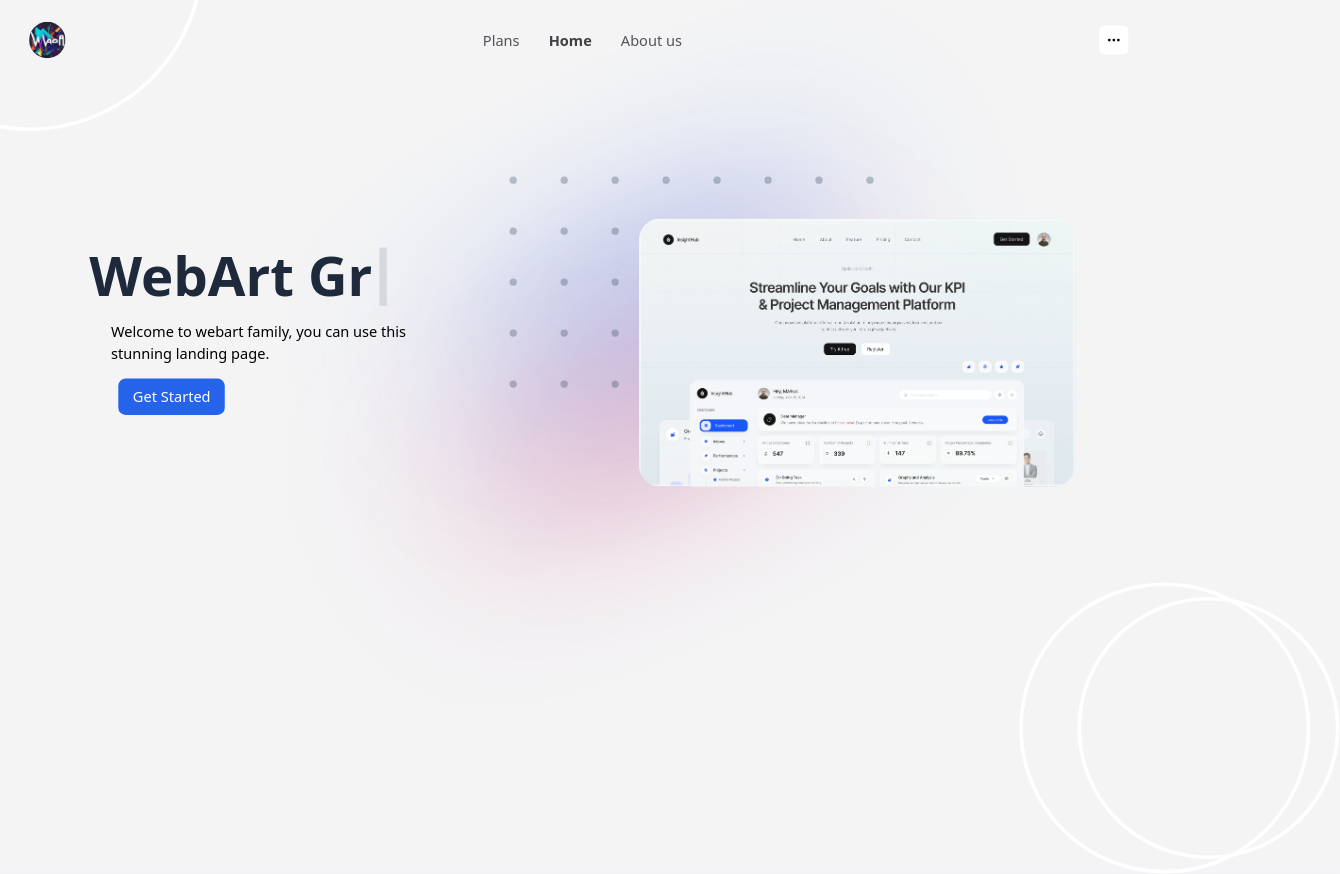
Repository: 30namp/youtube-web-art-code
Page: stunning landing page 1/index.html
The author's editor kept a copy of each file at every save. The page is drawn from the files as they stood at one save, then again after the next save.
The browser window is 1280 px wide. The page is 1472 px wide, so the pictures cover 1472 px, including what lies to the right of the window. The pictures show the whole page, at 91% of full size.

Above is the page before, as saved 2024-09-26 21:54:55.

After the next save:
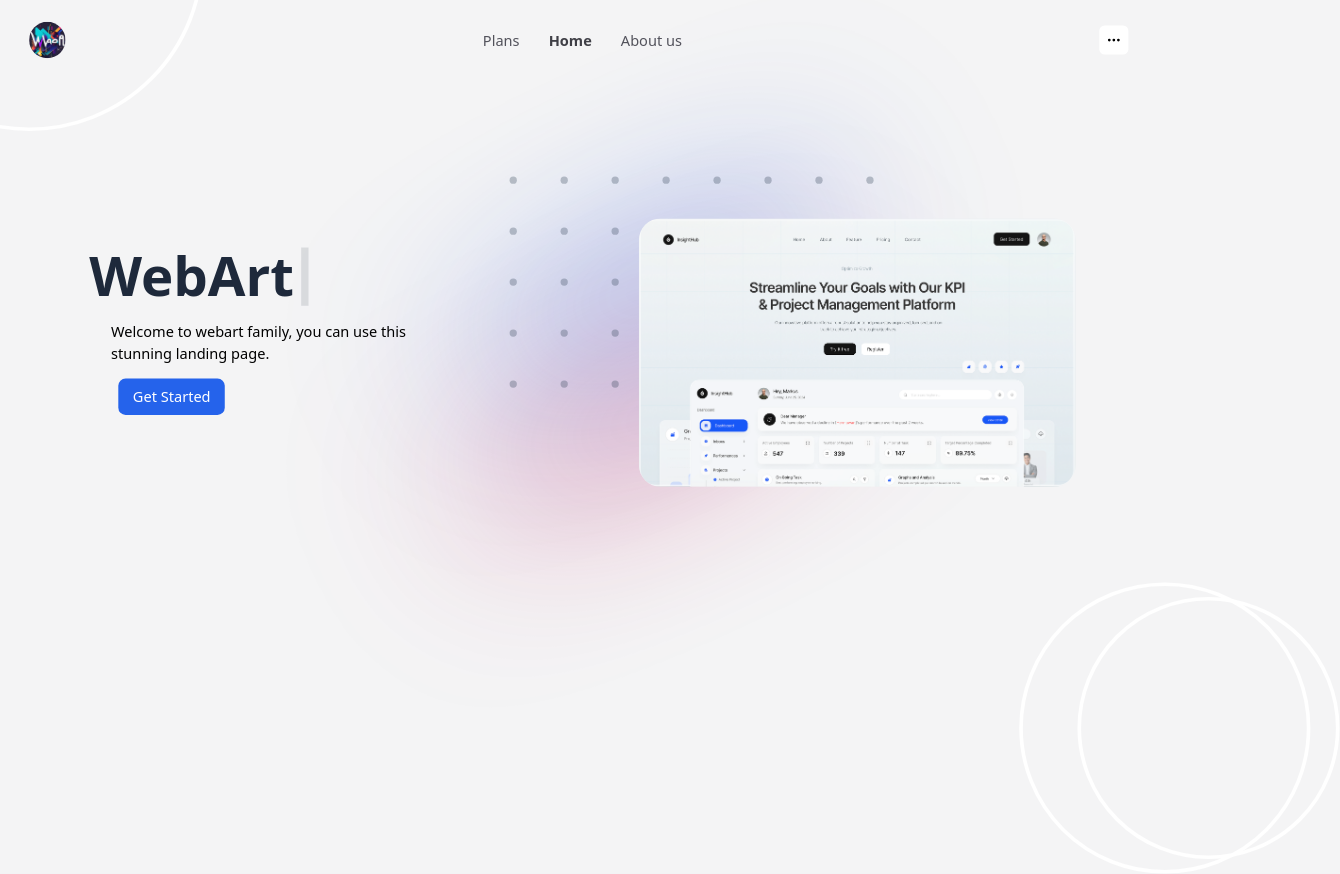
Saved 5 s later.
--- a/stunning landing page 1/index.html
+++ b/stunning landing page 1/index.html
@@ -122,7 +122,7 @@
   let title = document.querySelector(".hero-title");
   let titleCursor = document.querySelector(".hero-title-cursor");
   let defaultText = title.innerHTML;
-  let textComplete = " Group";
+  let textComplete = " Group!";
   let counter = 0;
   let direction = 1;
   setInterval(() => {
